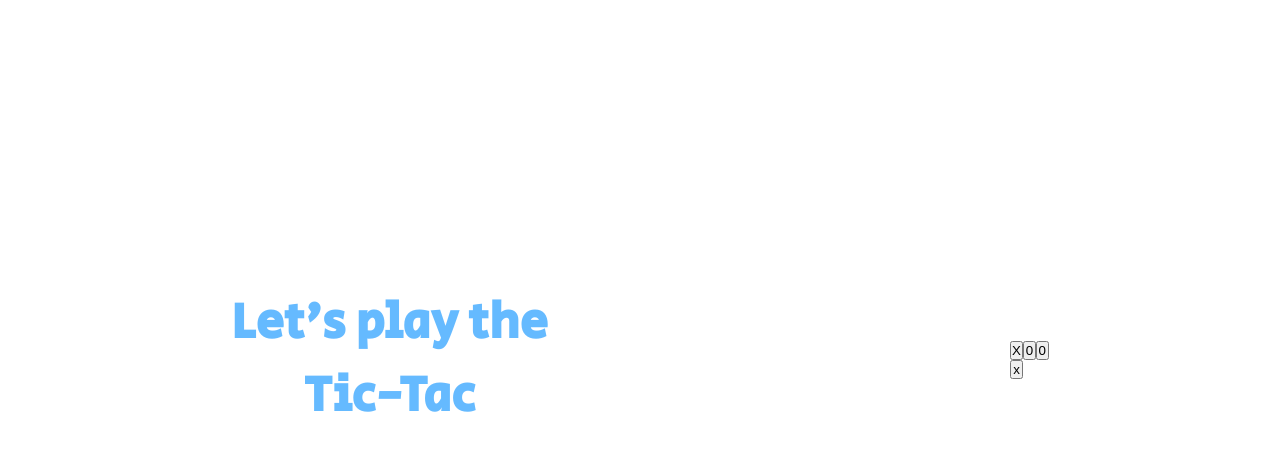
Repository: evergreenx/tic-tac
Page: /
The author's editor kept a copy of each file at every save. The page is drawn from the files as they stood at one save, then again after a run of saves.
The browser window is 1280 px wide. The pictures show the whole page.
The project was rebuilt for these pictures with package versions that can differ from the ones it lists, and the page was loaded fresh each time.

Above is the page before, as saved 2022-04-20 16:50:59.

After the next 3 saves:
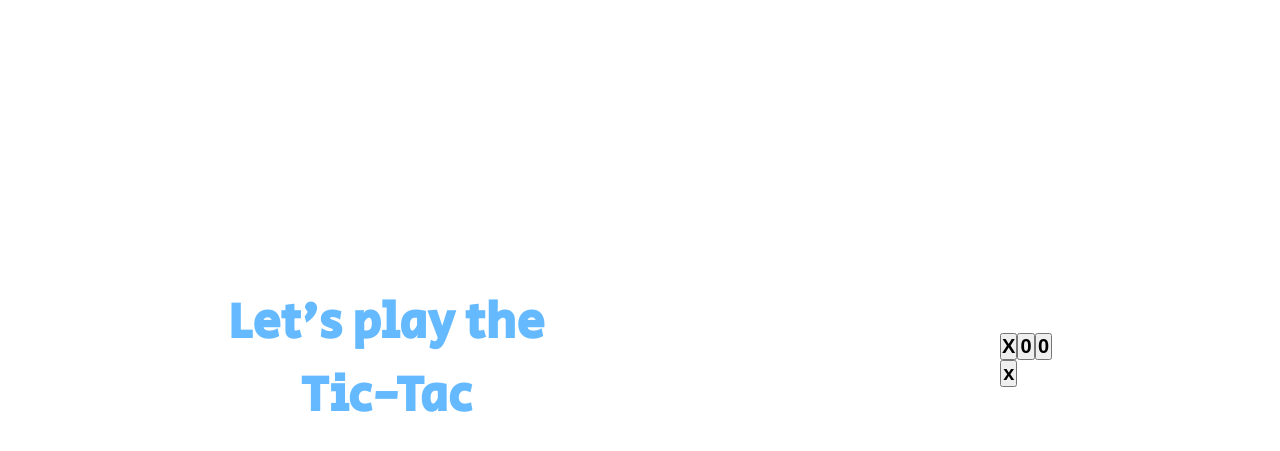
The 3 saves are shown as one change because 1 did not build or start and some came seconds apart.
The last was saved 16 s later.
--- a/src/components/Board/Board.scss
+++ b/src/components/Board/Board.scss
@@ -8,6 +8,6 @@
 
 
     button {
-        font-size:20px font-
+        font-size:20px ; font-weight: 800;
     }
 }
